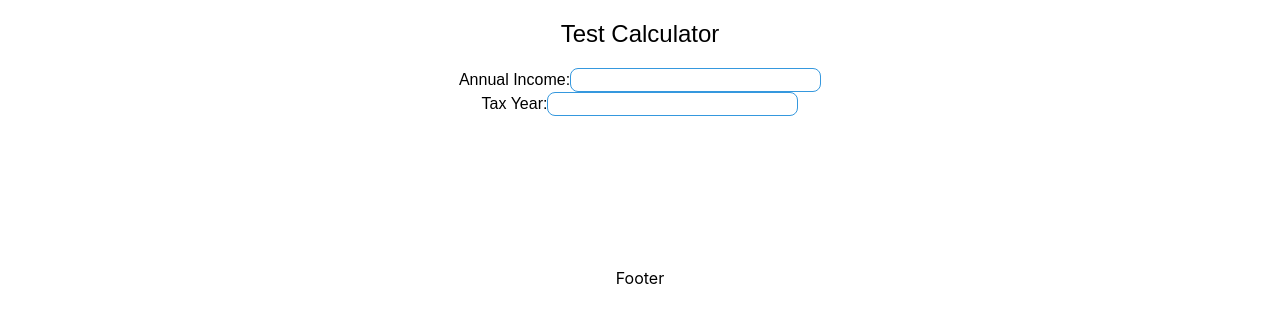
Repository: jbpadilha/taxcalculator
Page: /
An editor plug-in stored every save of this project. The page is shown before and after the next save, followed by the edit.
The browser window is 1280 px wide. The pictures show the whole page.
The project was rebuilt for these pictures with package versions that can differ from the ones it lists, and the page was loaded fresh each time.

Above is the page before, as saved 2023-06-16 21:06:37.

### src/App.tsx
import React from 'react';
import logo from './logo.svg';
import './App.css';
import RoutesComponent from './components/RouteComponent';

const App = () => {
  return (
    <div className="App">
      <header className="Tax-header">

      </header>
      <main>
        <RoutesComponent />
      </main>
      <footer>
        <div>Footer</div>
      </footer>
    </div>
  );
}

export default App;

### src/components/RouteComponent.tsx
import React from 'react';
import { BrowserRouter as Router, Route, Routes } from 'react-router-dom';

const Main = React.lazy(() => import('./Main'));
const ResultTax = React.lazy(() => import('./ResultTax'));

const RoutesComponent = () => {
    return (
        <Router>
            <Routes>
                <Route path={"/"} element={<Main />} />
                <Route path={"/results"} element={<ResultTax />} />
                <Route path="*" element={<Main />} />
            </Routes>
        </Router>
    );
}

export default RoutesComponent;

### src/components/Main.tsx
import React from 'react';

const styles = {
    content: {
        marginTop: 20,
        minHeight: 200,
    },
    title: {
        margin: 'auto',
        marginTop: 20,
        width: 164,
        height: 28,
        fontFamily: 'Arial',
        fontSize: 24,
        color: '#000000',
        textDecoration: 'none solid rgb(0, 0, 0)',
    },
    titleInput: {
        width: 111,
        height: 18,
        fontFamily: 'Arial',
        fontSize: 16,
        color: '#000000',
        textSecoration: 'none solid rgb(0, 0, 0)',
    },
    input: {
        width: 233,
        height: 22,
        padding: '0px 8px',
        border: '1px solid #3598de',
        borderRadius: 8,
        backgroundColor: '#ffffff',
        backgroundSize: 'cover',
        fontFamily: 'Arial',
        fontSize: 14,
        color: '#3598de',
        textDecoration: 'none solid rgb(53, 152, 222)'
    },
};

const Main = () => {

    return (
        <div style={styles.content}>
            <div style={styles.title}>Test Calculator</div>
            <div style={styles.content}>
                <div>
                    <label htmlFor='income' style={styles.titleInput}>Annual Income:</label>
                    <input style={styles.input} type="text" id="income" name="income" />
                </div>
                <div>
                    <label htmlFor='taxYear' style={styles.titleInput}>Tax Year:</label>
                    <input style={styles.input} type="text" id="taxYear" name="taxYear" />
                </div>
            </div>
        </div>
    );
}

export default Main;

Loaded but not shown: public/index.html (common file); src/index.tsx (common file); src/index.css (common file); src/reportWebVitals.ts (common file); src/App.css (common file)

After the next save:
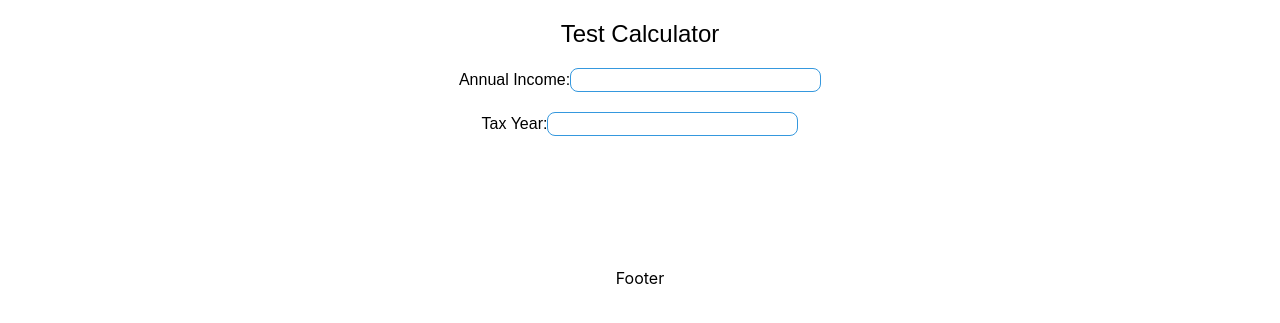
Saved 45 s later.
--- a/src/components/Main.tsx
+++ b/src/components/Main.tsx
@@ -14,6 +14,9 @@ const styles = {
         fontSize: 24,
         color: '#000000',
         textDecoration: 'none solid rgb(0, 0, 0)',
+    },
+    contentInput: {
+        marginTop: 20,
     },
     titleInput: {
         width: 111,
@@ -44,11 +47,11 @@ const Main = () => {
         <div style={styles.content}>
             <div style={styles.title}>Test Calculator</div>
             <div style={styles.content}>
-                <div>
+                <div style={styles.contentInput}>
                     <label htmlFor='income' style={styles.titleInput}>Annual Income:</label>
                     <input style={styles.input} type="text" id="income" name="income" />
                 </div>
-                <div>
+                <div style={styles.contentInput}>
                     <label htmlFor='taxYear' style={styles.titleInput}>Tax Year:</label>
                     <input style={styles.input} type="text" id="taxYear" name="taxYear" />
                 </div>
